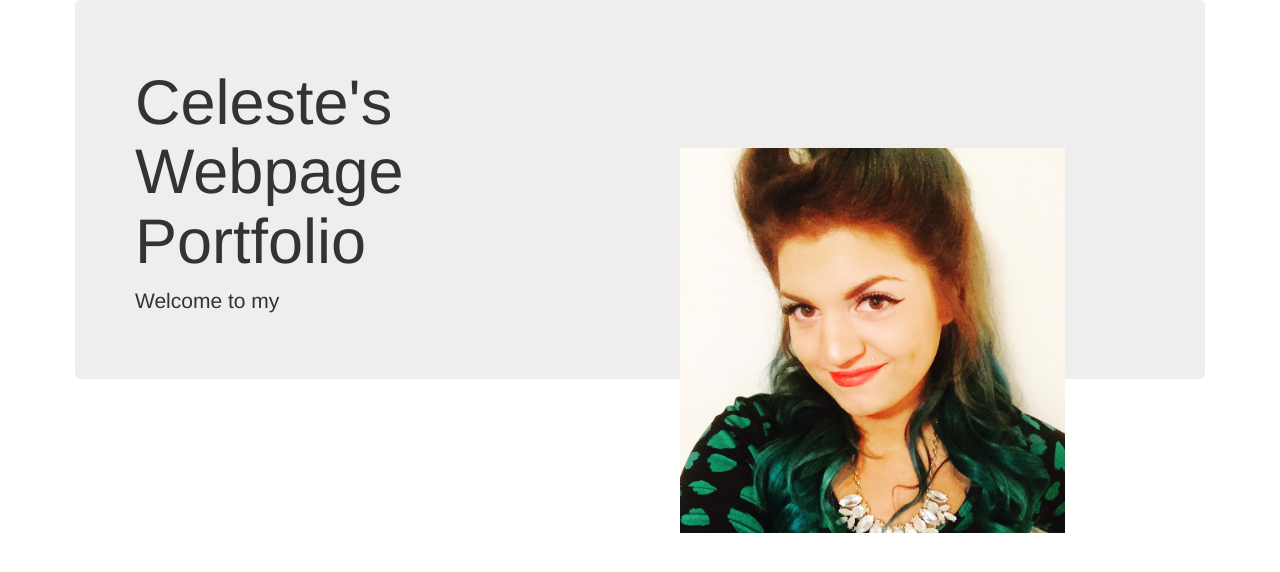
Repository: fieldceleste/portfolio-celeste
Page: portfolio-celeste.html
The author's editor kept a copy of each file at every save. The page is drawn from the files as they stood at one save, then again after the next save.
The browser window is 1280 px wide. The pictures show the whole page.

Above is the page before, as saved 2019-11-01 12:13:54.

After the next save:
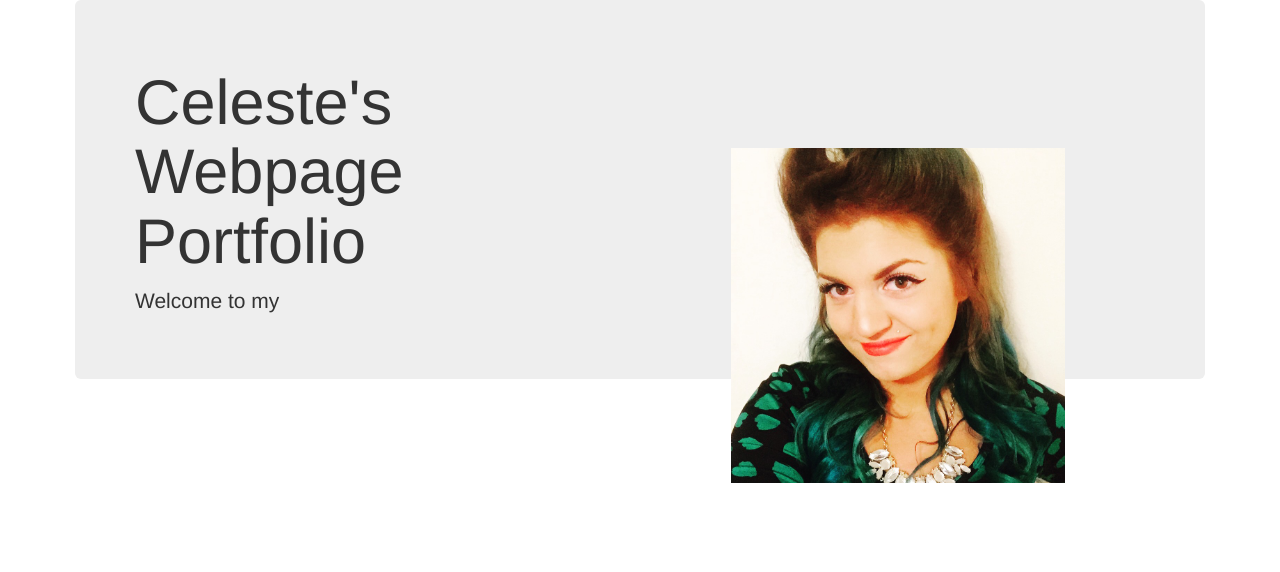
Saved 12 s later.
--- a/css/styles.css
+++ b/css/styles.css
@@ -1,7 +1,7 @@
 img{
 float:right;
-width: 50%;
-height:50%;
+width: 45%;
+height:45%;
 padding: 60px;
 margin: 20px;
 }
